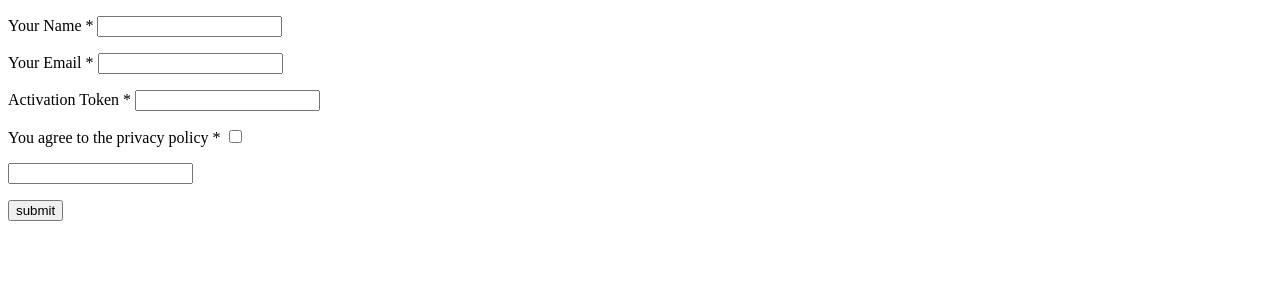
Repository: Rachael4life/Assignment-1
Page: starter-code/src/index.html
These files come from the project's save history. The page is drawn as it stood at one moment and after a run of saves; the edit follows.
The browser window is 1280 px wide. The pictures show the whole page.

Above is the page before, as saved 2022-02-25 12:47:34.

### starter-code/src/index.html
<!DOCTYPE html>
<html lang="en">
<head>
    <meta charset="UTF-8">
    <meta http-equiv="X-UA-Compatible" content="IE=edge">
    <meta name="viewport" content="width=device-width, initial-scale=1.0">
    <title>Assignment 1</title>
</head>
<body>
    <div id="ramyeon">
        <form class="kimchi">
            <div> <p></p>
                <label for="name">Your Name *</label>
                <input type="text" name="name" id="name" placeholder="">
            </div>
            <div> <p></p>
                <label for="email">Your Email *</label>
                <input type="text" name="email" id="email" placeholder="">
            </div>
            <div> <p></p>
                <label for="number">Activation Token *</label>
                <input type="number" name="activation token" id="name" placeholder="">
            </div>
            <div><p></p>
                You agree to the privacy policy * <input type="checkbox">
            </div>
            <div><p></p>
                <input type="text">
            </div>
            <div><p></p>
                <button type="button">submit</button>
            </div>
        </form>
    </div>
</body>
</html>

After the next 3 saves:
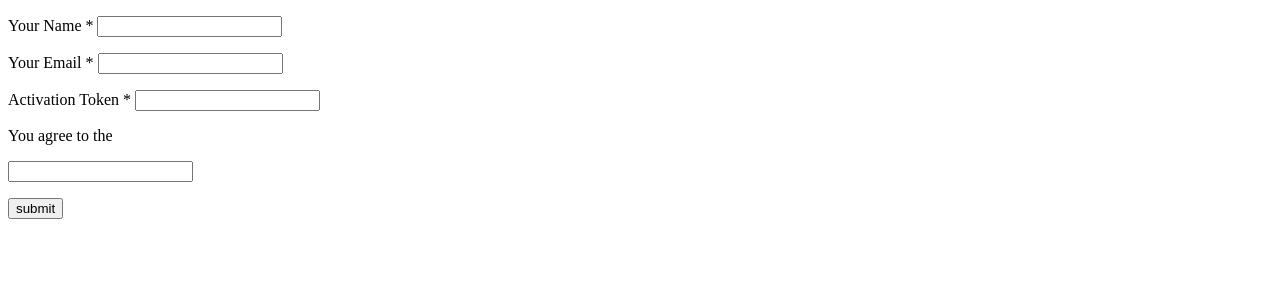
The 3 saves are shown as one change because they came seconds apart.
The last was saved 2 min 13 s later.
--- a/starter-code/src/index.html
+++ b/starter-code/src/index.html
@@ -22,7 +22,7 @@
                 <input type="number" name="activation token" id="name" placeholder="">
             </div>
             <div><p></p>
-                You agree to the privacy policy * <input type="checkbox">
+                You agree to the <aprivacy policy * <input type="checkbox">
             </div>
             <div><p></p>
                 <input type="text">
